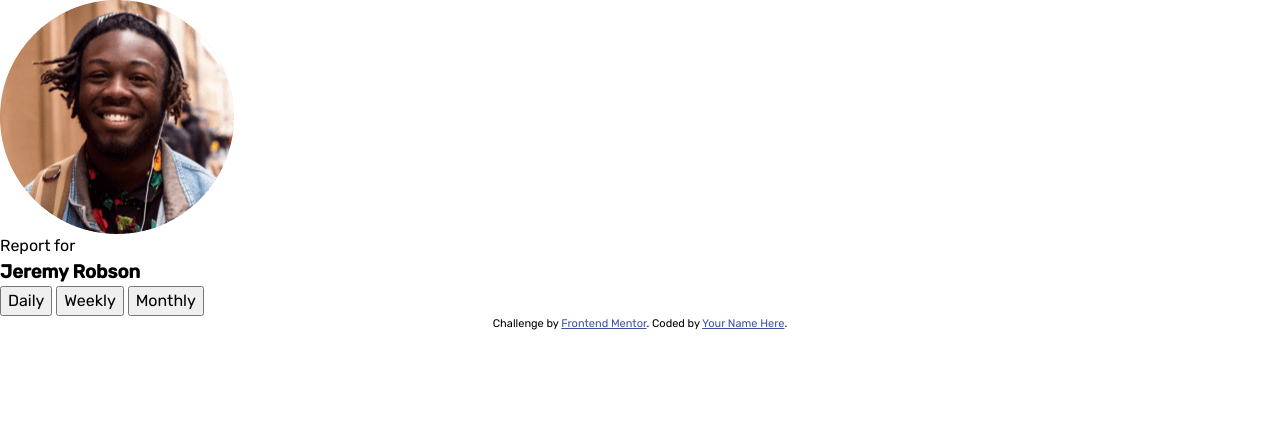
Repository: Akashiii1/WebTimeTracking_Day6
Page: index.html
An editor plug-in stored every save of this project. The page is shown before and after the next save, followed by the edit.
The browser window is 1280 px wide. The pictures show the whole page.

Above is the page before, as saved 2021-12-26 23:30:05.

### index.html
<!DOCTYPE html>
<html lang="en">
  <head>
    <meta charset="UTF-8" />
    <meta name="viewport" content="width=device-width, initial-scale=1.0" />
    <!-- displays site properly based on user's device -->

    <link
      rel="icon"
      type="image/png"
      sizes="32x32"
      href="./images/favicon-32x32.png"
    />

    <title>Frontend Mentor | Time tracking dashboard</title>

    <!-- Feel free to remove these styles or customise in your own stylesheet 👍 -->
    <link rel="stylesheet" href="style.css" />
    <style>
      .attribution {
        font-size: 11px;
        text-align: center;
      }

      .attribution a {
        color: hsl(228, 45%, 44%);
      }
    </style>
  </head>

  <body>
    <section class="activity-tracker">
      <section class="activity-tracker-menu">
        <div class="activity-tracker-owner">
          <img src="images/image-jeremy.png" alt="" class="owner-img" />
          <div class="activity-tracker-owner-container">
            <p>Report for</p>
            <h1 class="activity-tracker-owner-name">Jeremy Robson</h1>
          </div>
        </div>
        <div class="activity-tracker-options">
          <button class="activity-tracker-option" data-option="daily">Daily</button>
          <button class="activity-tracker-option" data-option="weekly">Weekly</button>
          <button class="activity-tracker-option" data-option="monthly">Monthly</button>

        </div>
      </section>

      <section class="activity-tracker-activity work"></section>
    </section>

    <div class="attribution">
      Challenge by
      <a href="https://www.frontendmentor.io?ref=challenge" target="_blank"
        >Frontend Mentor</a
      >. Coded by <a href="#">Your Name Here</a>.
    </div>
    <script src="app.js"></script>
  </body>
</html>

### style.css
@import url('https://fonts.googleapis.com/css2?family=Rubik:wght@300;400;500&display=swap');
:root{
  --Blue: hsl(246, 80%, 60%);

 --Lightred: hsl(15, 100%, 70%);/*(work)*/
 --Softblue : hsl(195, 74%, 62%);/*(play)*/
 --Lightred : hsl(348, 100%, 68%);/*(study)*/
 --Limegreen : hsl(145, 58%, 55%);/*(exercise)*/
 --Violet: hsl(264, 64%, 52%);/*(social)*/
 --Softorange : hsl(43, 84%, 65%);/*(self care)*/

  --Verydarkblue: hsl(226, 43%, 10%);
  --Darkblue: hsl(235, 46%, 20%);
  --Desaturatedblue: hsl(235, 45%, 61%);
  --PaleBlue: hsl(236, 100%, 87%);
}
*,
*::before,
*::after {
  box-sizing: border-box;
}
body,
h1,
h2,
h3,
h4,
h5,
h6,
p,
figure,
picture {
  margin: 0;
}
body {
  min-height: 100vh;
  line-height: 1.5;
}
input,
button,
select,
textarea {
  font: inherit;
}
img,
picture {
  display: block;
  max-width: 100%;
}
body{
  font-family: 'Rubik', sans-serif;
}
/* remove animation for people who've turned them off */
@media (prefers-reduced-motion: reduce) {
  *,
  *::before,
  *::after {
    animation-duration: 0.01ms !important;
    animation-iteration-count: 1 !important;
    transition-duration: 0.01ms !important;
    scroll-behavior: auto !important;
  }
}

Loaded but not shown: app.js (no stored copy; drawn as an empty file)

After the next save:
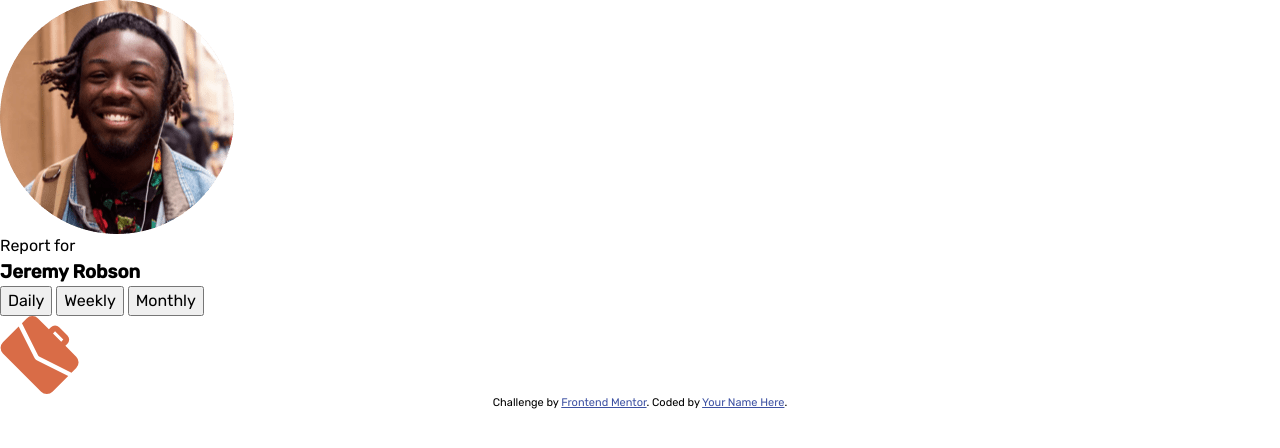
Saved 35 s later.
--- a/index.html
+++ b/index.html
@@ -46,7 +46,9 @@
         </div>
       </section>
 
-      <section class="activity-tracker-activity work"></section>
+      <section class="activity-tracker-activity work">
+        <div class="activity-bg"><img src="images/icon-work.svg" alt=""></div>
+      </section>
     </section>
 
     <div class="attribution">
